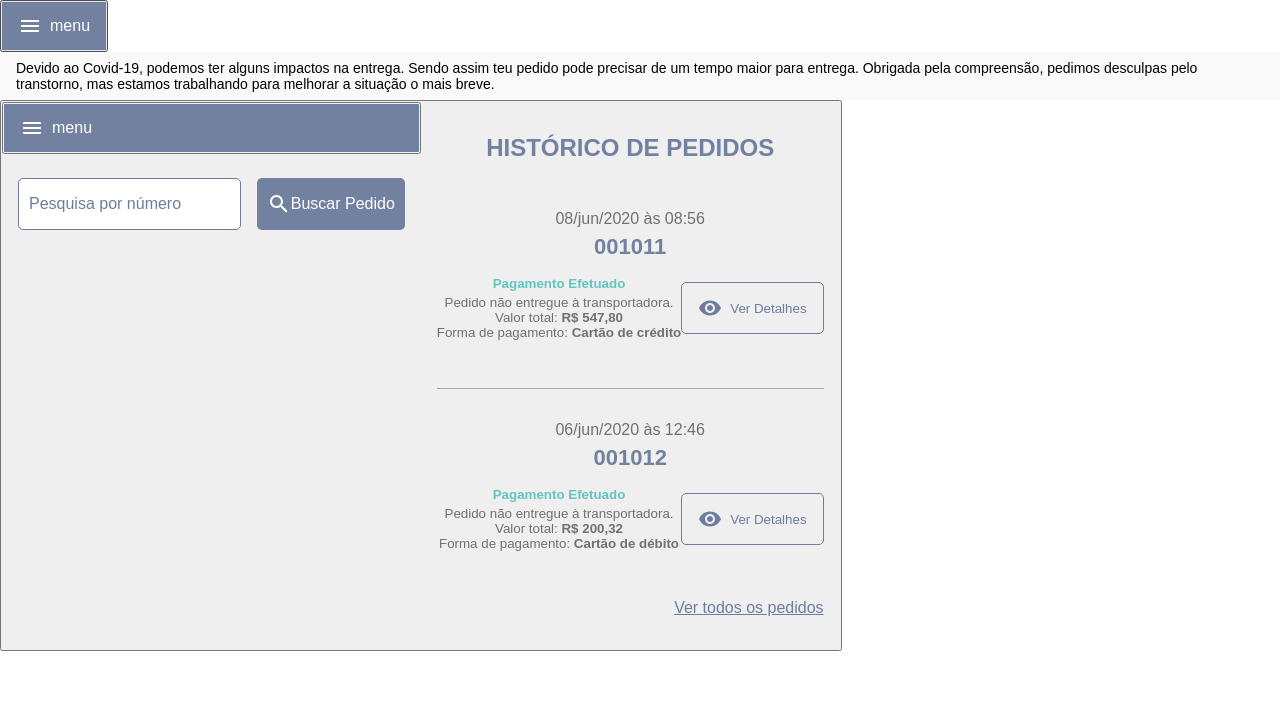
Repository: indiamarasiqueira/gestao-produto
Page: /
An editor plug-in stored every save of this project. The page is shown before and after the next save, followed by the edit.
The browser window is 1280 px wide. The pictures show the whole page.
The project was rebuilt for these pictures with package versions that can differ from the ones it lists, and the page was loaded fresh each time. Also part of the build but not shown: src/pages/generic/style.js, src/pages/generic/index.js, src/components/ModalMenu/index.js.

Above is the page before, as saved 2020-07-07 10:49:35.

### src/global.js
import { createGlobalStyle } from "styled-components";

const GlobalStyle = createGlobalStyle`
    * {
        margin: 0;
        padding: 0;
        outline: 0;
        box-sizing: border-box;
    }
   html, body, #root {
    margin: 0;
    padding: 0;
    font-family: 'Montserrat', sans-serif;
    -webkit-font-smoothing: antialiased;
    -moz-osx-font-smoothing: grayscale;
    background-color: #ffffff;
    }
`;
export default GlobalStyle;

### src/routes.js
import React from "react";
import { BrowserRouter, Switch, Route } from "react-router-dom";

import GenericPage from "./pages/generic";
import AppMenu from "./components/AppMenu";
import OrderHistory from "./pages/orderHistory";
import AlertCovid from "./components/AlertCovid";

export default function Routes() {
  return (
    <BrowserRouter>
      <Switch>
        <Route path="*">
          <AppMenu />
          <AlertCovid />
          <Route path="/perfil" exact component={() => <GenericPage title="Meu Perfil" />} />
          <Route path="/localizacao" exact component={() => <GenericPage title="Meus endereços" />} />
          <Route path="/favoritos" exact component={() => <GenericPage title="Lista de favoritos" />} />
          <Route path={["/", "/pedidos"]} exact component={OrderHistory} />
        </Route>
      </Switch>
    </BrowserRouter>
  );
}

### src/components/AppMenu/index.js
import React, { useState } from "react";
import { useHistory } from "react-router-dom";

import MenuIcon from "@material-ui/icons/Menu";
import LockOpenIcon from "@material-ui/icons/LockOpen";
import HistoryIcon from "@material-ui/icons/History";
import RoomOutlinedIcon from "@material-ui/icons/RoomOutlined";
import FavoriteBorderIcon from "@material-ui/icons/FavoriteBorder";
import CloseIcon from "@material-ui/icons/Close";

import ModalMenu from '../ModalMenu/index';

import {
  MenuMain,
  Button,
  BoxIcon,
  MainMenu,
  UserInfo,
  UserInfoName,
  UserInfoEmail,
  MenuList,
  MenuListItem,
  MenuIconImage
} from "./style";

const AppMenu = () => {
  const history = useHistory();
  const [show, showModal] = useState(false);
  const navigate = (route) => {
    history.push(route);
    showModal(false);
  }

  return (
    <MenuMain>
      <Button onClick={() => showModal(!show)}>
        <BoxIcon>{show ? <CloseIcon /> : <MenuIcon />}</BoxIcon>
        menu
      </Button>
      <ModalMenu show={show}>
        <MainMenu>
          <UserInfo>
            <UserInfoName>Caroline Melinda W Effting</UserInfoName>
            <UserInfoEmail>effting.caroline@gmail.com</UserInfoEmail>
          </UserInfo>
          <MenuList>
            <MenuListItem onClick={() => navigate("/perfil")}>
              <MenuIconImage>
                <LockOpenIcon />
              </MenuIconImage>
              <span className="menu-label">meu perfil</span>
            </MenuListItem>
            <MenuListItem onClick={() => navigate("/pedidos")}>
              <MenuIconImage>
                <HistoryIcon />
              </MenuIconImage>
              <span className="menu-label">histórico de pedidos</span>
            </MenuListItem>
            <MenuListItem onClick={() => navigate("/localizacao")}>
              <MenuIconImage>
                <RoomOutlinedIcon />
              </MenuIconImage>
              <span className="menu-label">meus endereços</span>
            </MenuListItem>
            <MenuListItem onClick={() => navigate("/favoritos")}>
              <MenuIconImage>
                <FavoriteBorderIcon />
              </MenuIconImage>
              <span className="menu-label">lista de favoritos</span>
            </MenuListItem>
          </MenuList>
        </MainMenu>
      </ModalMenu>
    </MenuMain>
  );
};
export default AppMenu;

### src/pages/orderHistory/index.js
import React, { Fragment, useState } from "react";

import AppMenu from '../../components/AppMenu'
import BoxSearch from "../../components/BoxSearch/index";
import HeaderTitle from "../../components/HeaderTitle";
import Order from "../../components/Order/index";

import { MenuMain }  from './style'

const OrderHistory = () => {
  const [value, setValue] = useState('');
  const [query, setQuery] = useState('');
  const handleChange = (e) => setValue(e.target.value);

  const handleSubmit = (e) => {
    e.preventDefault();
    setQuery(value);
  }

  return (
    <MenuMain>
      <AppMenu />
      <HeaderTitle>HISTÓRICO DE PEDIDOS</HeaderTitle>
      <BoxSearch value={value} handleChange={handleChange} handleSubmit={handleSubmit} />
      <Order query={query} />
    </MenuMain>
  );
};
export default OrderHistory;

### src/components/AlertCovid/index.js
import React from "react";

import { Alert } from './style';

const AlertCovid = () => {
  return (
    <Alert>
      Devido ao Covid-19, podemos ter alguns impactos na entrega. Sendo assim teu pedido pode precisar de um tempo maior
      para entrega. Obrigada pela compreensão, pedimos desculpas pelo transtorno, mas estamos trabalhando para melhorar
      a situação o mais breve.
    </Alert>
  );
};
export default AlertCovid;

### src/components/HeaderTitle/index.js
import React from "react";

import { Title } from "./style";

const HeaderTitle = (props) => {
  return <Title>{props.children}</Title>;
};
export default HeaderTitle;

### src/components/AppMenu/style.js
import styled from "styled-components";

export const MenuMain = styled.button`


`;
export const Button = styled.button`
  display: flex;
  align-items: center;
  justify-content: start;
  padding: 12px 16px;
  border: none;
  background: #7281A0;
  width: 100%;
  color: #ffffff;
  font-size: 16px;
  transition: all 0.2s ease-out;
  height: 48px;

  :hover{
    color: #7281A0;
    background: #F4F4F4;
  }
`;
export const BoxIcon = styled.div`
  display: inline-block;
  margin-right: 8px;
  height: 24px;
`;
export const MainMenu = styled.div`
  color: #717171;
  padding: 0 16px;
  border-bottom: 1px solid rgba(0, 0, 0, 0.3);
  position: fixed;
  top: 48px;
  left: 0;
  right: 0;
  bottom: 0;
  background: #fff;
`;

// User
export const UserInfo = styled.div`
  padding: 16px 0;
`;
export const UserInfoName = styled.p`
  margin-bottom: 8px;
`;
export const UserInfoEmail = styled.p``;
// Menu
export const MenuList = styled.nav``;

export const MenuListItem = styled.a`
  display: flex;
  align-items: center;
  padding: 16px 0;
  border-top: 1px solid rgba(0, 0, 0, 0.3);

  :hover{
    color: #707070;
    background: #F4F4F4;
  }
`;
export const MenuIconImage = styled.i`
  padding-left: 4px;
  padding-right: 16px;
`;

### src/components/BoxSearch/index.js
import React from "react";

import { Box, InputText, ButtonSearch } from "./style";
import SearchIcon from "@material-ui/icons/Search";

const BoxSearch = (props) => {
  return (
    <Box onSubmit={props.handleSubmit}>
      <InputText
        type="number"
        placeholder="Pesquisa por número"
        value={props.value}
        onChange={props.handleChange}
      />
      <ButtonSearch type="submit">
        <SearchIcon />
        <span className="search-text">Buscar Pedido</span>
      </ButtonSearch>
    </Box>
  );
};
export default BoxSearch;

### src/components/Order/index.js
import React, { useState } from "react";

import VisibilityIcon from "@material-ui/icons/Visibility";
import orderData from '../../db.json'

import {
  Empty,
  OrderList,
  OrderListItem,
  OrderDate,
  OrderId,
  OrderBox,
  OrderInfo,
  OrderStatus,
  ButtonOutline,
  OrderAll,
} from "./style";

const findOrder = (detail, query) => {
  const list = orderData.data;

  if (query){
    const regex = new RegExp(query);

    return list.filter(item => regex.test(item.id))
  }

  return detail ? orderData.data : orderData.data.slice(0, 2);
}


const Order = ({query}) => {
  const [detail, setDetail] = useState(false);
  const list = findOrder(detail, query)

  if (!list.length) {
    return <Empty>nenhum pedido encontrado :(</Empty>
  }

  return (
    <OrderList>
      {list.map((item, key) => (
        <OrderListItem key={key}>
          <OrderDate>{item.date}</OrderDate>
          <OrderId>{item.id}</OrderId>
          <OrderBox>
            <OrderInfo>
              <OrderStatus>{item.title}</OrderStatus>
              <p>
                {item.description}
                <br />
                Valor total: <b>R$ {item.price} </b>
                <br />
                Forma de pagamento: <b>{item.payment}</b>
              </p>
            </OrderInfo>
            <ButtonOutline>
              <VisibilityIcon />
              Ver Detalhes
            </ButtonOutline>
          </OrderBox>
        </OrderListItem>
      ))}
      {!detail && <OrderAll onClick={setDetail}>Ver todos os pedidos</OrderAll>}
    </OrderList>
  );
};
export default Order;

### src/pages/orderHistory/style.js
import styled from "styled-components";

export const MenuMain = styled.button`

  @media all and (min-width: 600px) {
    display: grid;
    grid-template-columns: 1fr 1fr;
    height: 100%;
  }
`;

### src/components/AlertCovid/style.js
import styled from "styled-components";


// Main Page
export const Alert = styled.div`
  background: #f9f9f9;
  padding: 8px 16px;
  font-size: 14px;
`;

### src/components/HeaderTitle/style.js
import styled from "styled-components";

export const Title = styled.h1`
  color: #7281a0;
  padding: 16px;
  margin-top: 16px;
  font-weight: bold;
  font-size: 24px;
`;

### src/components/BoxSearch/style.js
import styled from "styled-components";

export const Box = styled.form`
  padding: 0 16px;
  display: flex;
  align-items: center;
  justify-content: space-between;
  max-width: 600px;

`;
export const InputText = styled.input`
  flex: 1;
  color: #7281a0;
  height: 52px;
  border-radius: 5px;
  border: 1px solid #6e7d9d;
  font-size: 16px;
  padding-left: 10px;

  ::placeholder {
    color: #6e7d9d;
  }
`;
export const ButtonSearch = styled.button`
  background: #7281a0;
  border-radius: 5px;
  height: 52px;
  border: none;
  margin-left: 16px;
  padding: 10px;
  color: #ffffff;
  font-size: 16px;
  display: flex;
  align-items: center;
  justify-content: center;

  @media all and (max-width: 600px){
    .search-text{
      display: none;
    }
  }
`;

### src/db.json
{
  "data": [
    {
      "id": "001011",
      "date": "08/jun/2020 às 08:56",
      "title": "Pagamento Efetuado",
      "description": "Pedido não entregue à transportadora.",
      "price": "547,80",
      "payment": "Cartão de crédito"

    },
    {
      "id": "001012",
      "date": "06/jun/2020 às 12:46",
      "title": "Pagamento Efetuado",
      "description": "Pedido não entregue à transportadora.",
      "price": "200,32",
      "payment": "Cartão de débito"
    },
    {
      "id": "001013",
      "date": "04/jun/2020 às 09:30",
      "title": "Pagamento Efetuado",
      "description": "Pedido não entregue à transportadora.",
      "price": "150,60",
      "payment": "Cartão de crédito"
    },
    {
      "id": "001014",
      "date": "29/mai/2020 às 17:30",
      "title": "Pagamento Efetuado",
      "description": "Pedido não entregue à transportadora.",
      "price": "83,58",
      "payment": "Cartão de débito"
    }
  ]

}

### src/components/Order/style.js
import styled from "styled-components";

export const Empty = styled.div`
  padding: 16px;
  color: #ccc;
  text-align: center;
`;
export const OrderList = styled.div`
  padding: 0 16px;
`;
export const OrderListItem = styled.div`
  padding: 32px 0;
  border-top: 1px solid rgba(0, 0, 0, 0.3);

  &:first-of-type {
    border-top-width: 0;
  }


`;
export const OrderDate = styled.p`
  color: #707070;
  font-size: 16px;
`;
export const OrderId = styled.p`
  padding-top: 6px;
  color: #7281a0;
  font-size: 22px;
  font-weight: bold;
`;
export const OrderBox = styled.div`

  @media all and (min-width: 600px){
    display: flex;
    align-items: center;
  }
`;
export const OrderInfo = styled.div`
  flex: 1;
  margin: 16px 0;
  color: #707070;

`;
export const OrderStatus = styled.p`
  color: #61c5c0;
  margin-bottom: 4px;
  font-weight: bold;
`;
export const ButtonOutline = styled.div`
  border-radius: 5px;
  border: 1px solid #6e7d9d;
  height: 52px;
  display: flex;
  align-items: center;
  justify-content: center;
  color: #6e7d9d;
  padding: 8px 16px;

  svg {
    margin-right: 8px;
  }
`;
export const OrderAll = styled.button`
  color: #6E7D9D;
  margin-bottom: 32px;
  background: none;
  border: none;
  text-decoration: underline;
  width: 100%;
  display: flex;
  align-items: center;
  justify-content: flex-end;
  font-size: 16px;
`;

Loaded but not shown: public/index.html (common file); src/index.js (common file)

After the next save:
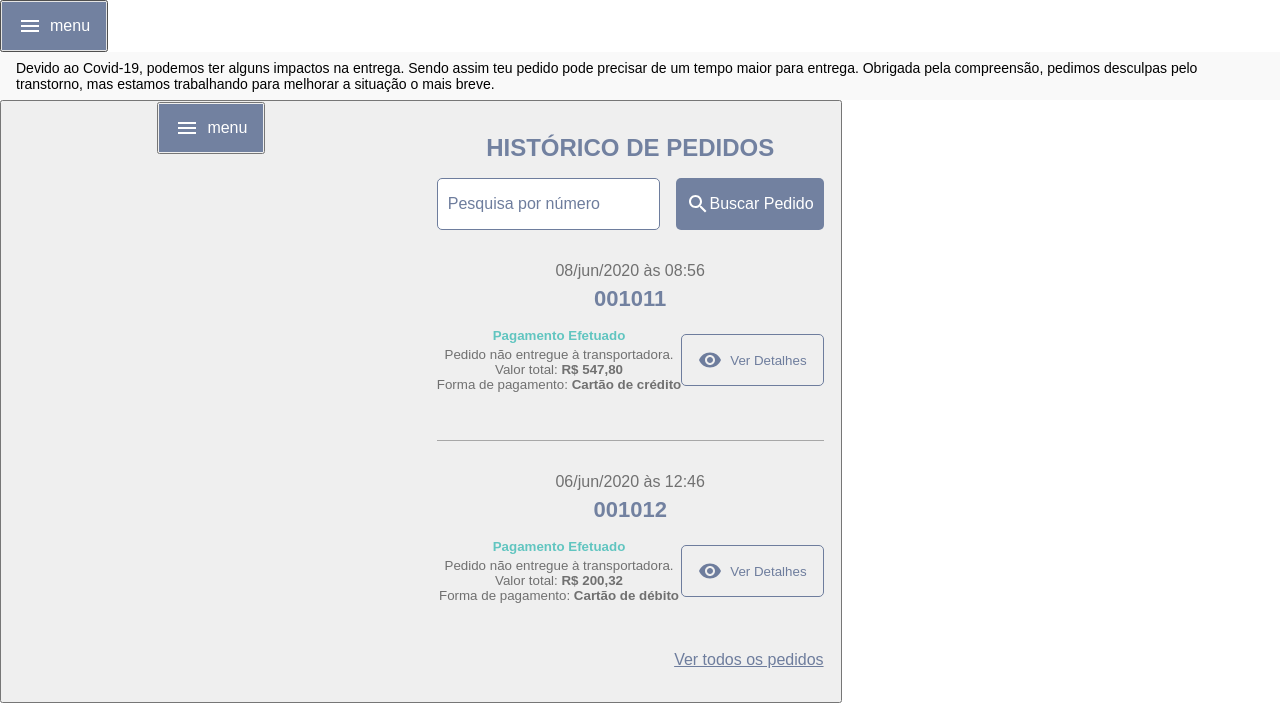
Saved 26 s later.
--- a/src/pages/orderHistory/index.js
+++ b/src/pages/orderHistory/index.js
@@ -19,10 +19,14 @@ const OrderHistory = () => {
 
   return (
     <MenuMain>
-      <AppMenu />
-      <HeaderTitle>HISTÓRICO DE PEDIDOS</HeaderTitle>
-      <BoxSearch value={value} handleChange={handleChange} handleSubmit={handleSubmit} />
-      <Order query={query} />
+      <div>
+        <AppMenu />
+      </div>
+      <div>
+        <HeaderTitle>HISTÓRICO DE PEDIDOS</HeaderTitle>
+        <BoxSearch value={value} handleChange={handleChange} handleSubmit={handleSubmit} />
+        <Order query={query} />
+      </div>
     </MenuMain>
   );
 };
